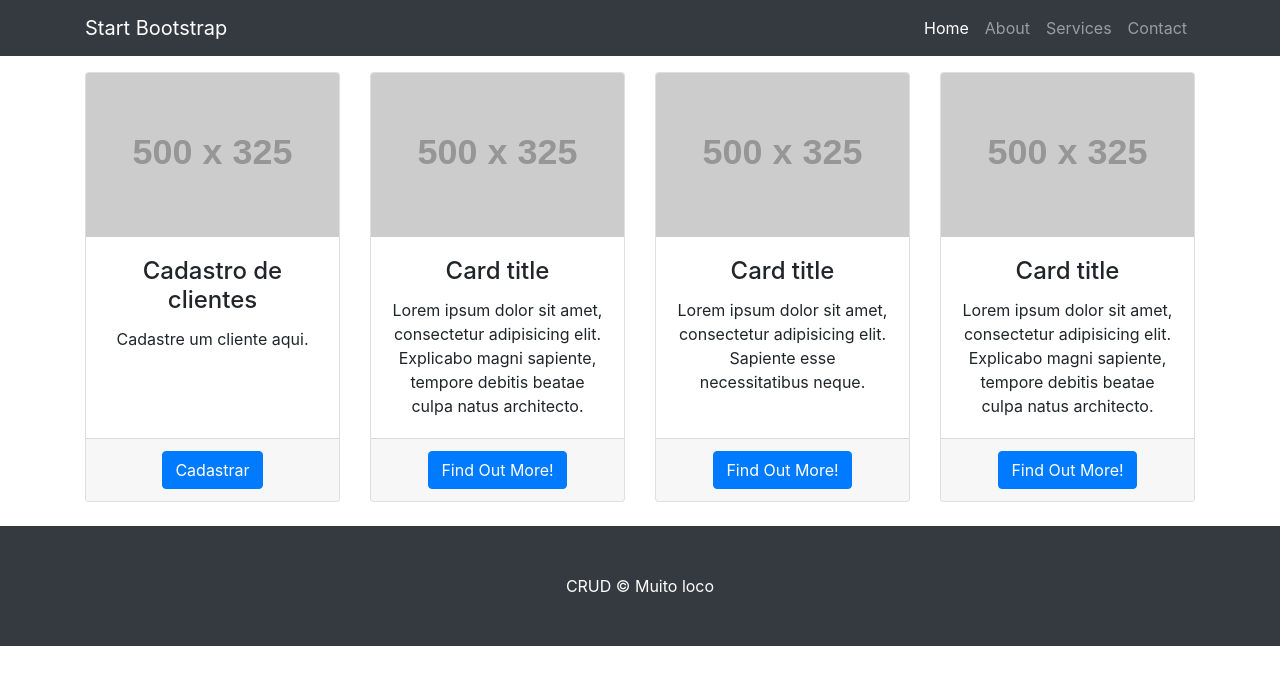
Repository: LucasMontalvao/PHPDACS2020
Page: projeto/site/index.html
The author's editor kept a record of every edit. The page is drawn from the files as they stood at one moment, then again after the next edit.
The browser window is 1280 px wide. The pictures show the whole page.

Above is the page before.

### projeto/site/index.html
<!DOCTYPE html>
<html lang="en">

<head>

  <meta charset="utf-8">
  <meta name="viewport" content="width=device-width, initial-scale=1, shrink-to-fit=no">
  <meta name="description" content="">
  <meta name="author" content="">

  <title>Heroic Features - Start Bootstrap Template</title>

  <!-- Bootstrap core CSS -->
  <link href="vendor/bootstrap/css/bootstrap.min.css" rel="stylesheet">

  <!-- Custom styles for this template -->
  <link href="css/heroic-features.css" rel="stylesheet">

</head>

<body>

  <!-- Navigation -->
  <nav class="navbar navbar-expand-lg navbar-dark bg-dark fixed-top">
    <div class="container">
      <a class="navbar-brand" href="#">Start Bootstrap</a>
      <button class="navbar-toggler" type="button" data-toggle="collapse" data-target="#navbarResponsive" aria-controls="navbarResponsive" aria-expanded="false" aria-label="Toggle navigation">
        <span class="navbar-toggler-icon"></span>
      </button>
      <div class="collapse navbar-collapse" id="navbarResponsive">
        <ul class="navbar-nav ml-auto">
          <li class="nav-item active">
            <a class="nav-link" href="#">Home
              <span class="sr-only">(current)</span>
            </a>
          </li>
          <li class="nav-item">
            <a class="nav-link" href="#">About</a>
          </li>
          <li class="nav-item">
            <a class="nav-link" href="#">Services</a>
          </li>
          <li class="nav-item">
            <a class="nav-link" href="#">Contact</a>
          </li>
        </ul>
      </div>
    </div>
  </nav>

  <!-- Page Content -->
  <div class="container">
  <p></p>
    <!-- Page Features -->
    <div class="row text-center">

      <div class="col-lg-3 col-md-6 mb-4">
        <div class="card h-100">
          <img class="card-img-top" src="http://placehold.it/500x325" alt="">
          <div class="card-body">
            <h4 class="card-title">Cadastro de clientes</h4>
            <p class="card-text">Cadastre um cliente aqui.</p>
          </div>
          <div class="card-footer">
            <a href="#" class="btn btn-primary">Cadastrar</a>
          </div>
        </div>
      </div>

      <div class="col-lg-3 col-md-6 mb-4">
        <div class="card h-100">
          <img class="card-img-top" src="http://placehold.it/500x325" alt="">
          <div class="card-body">
            <h4 class="card-title">Card title</h4>
            <p class="card-text">Lorem ipsum dolor sit amet, consectetur adipisicing elit. Explicabo magni sapiente, tempore debitis beatae culpa natus architecto.</p>
          </div>
          <div class="card-footer">
            <a href="#" class="btn btn-primary">Find Out More!</a>
          </div>
        </div>
      </div>

      <div class="col-lg-3 col-md-6 mb-4">
        <div class="card h-100">
          <img class="card-img-top" src="http://placehold.it/500x325" alt="">
          <div class="card-body">
            <h4 class="card-title">Card title</h4>
            <p class="card-text">Lorem ipsum dolor sit amet, consectetur adipisicing elit. Sapiente esse necessitatibus neque.</p>
          </div>
          <div class="card-footer">
            <a href="#" class="btn btn-primary">Find Out More!</a>
          </div>
        </div>
      </div>

      <div class="col-lg-3 col-md-6 mb-4">
        <div class="card h-100">
          <img class="card-img-top" src="http://placehold.it/500x325" alt="">
          <div class="card-body">
            <h4 class="card-title">Card title</h4>
            <p class="card-text">Lorem ipsum dolor sit amet, consectetur adipisicing elit. Explicabo magni sapiente, tempore debitis beatae culpa natus architecto.</p>
          </div>
          <div class="card-footer">
            <a href="#" class="btn btn-primary">Find Out More!</a>
          </div>
        </div>
      </div>

    </div>
    <!-- /.row -->

  </div>
  <!-- /.container -->

  <!-- Footer -->
  <footer class="py-5 bg-dark">
    <div class="container">
      <p class="m-0 text-center text-white">CRUD &copy; Muito loco</p>
    </div>
    <!-- /.container -->
  </footer>

  <!-- Bootstrap core JavaScript -->
  <script src="vendor/jquery/jquery.min.js"></script>
  <script src="vendor/bootstrap/js/bootstrap.bundle.min.js"></script>

</body>

</html>

### projeto/site/css/heroic-features.css
/*!
 * Start Bootstrap - Heroic Features (https://startbootstrap.com/template-overviews/heroic-features)
 * Copyright 2013-2019 Start Bootstrap
 * Licensed under MIT (https://github.com/BlackrockDigital/startbootstrap-heroic-features/blob/master/LICENSE)
 */
body {
  padding-top: 56px;
}
.myButton {
	box-shadow:inset 0px 1px 3px 0px #141414;
	background:linear-gradient(to bottom, #ffffff 5%, #000000 100%);
	background-color:#ffffff;
	border-radius:5px;
	border:1px solid #000000;
	display:inline-block;
	cursor:pointer;
	color:#ffffff;
	font-family:Arial;
	font-size:15px;
	font-weight:bold;
	padding:11px 23px;
	text-decoration:none;
	text-shadow:0px -1px 0px #46615d;
}
.myButton:hover {
	background:linear-gradient(to bottom, #000000 5%, #ffffff 100%);
	background-color:#000000;
	text-decoration:none;
}
.myButton:active {
	position:relative;
	top:1px;
}

Loaded but not shown: projeto/site/vendor/bootstrap/css/bootstrap.min.css (library); projeto/site/vendor/jquery/jquery.min.js (library); projeto/site/vendor/bootstrap/js/bootstrap.bundle.min.js (library)

After the next edit:
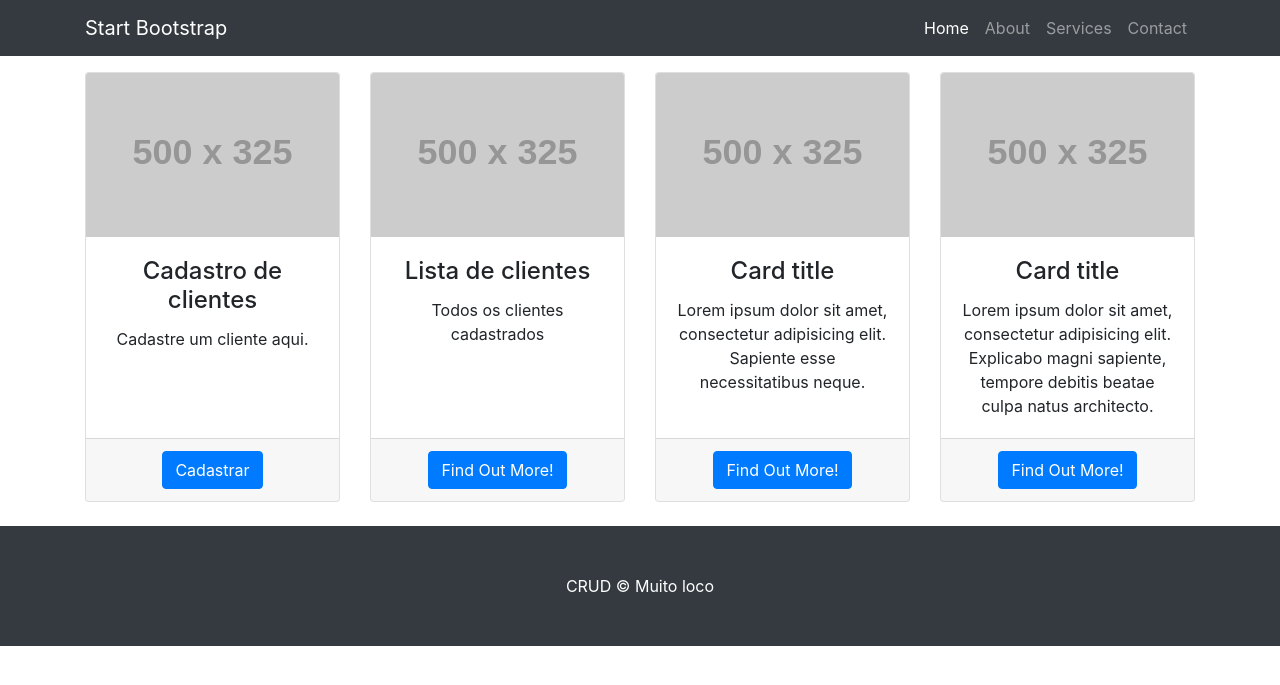
The edit:
--- a/projeto/site/index.html
+++ b/projeto/site/index.html
@@ -71,8 +71,8 @@
         <div class="card h-100">
           <img class="card-img-top" src="http://placehold.it/500x325" alt="">
           <div class="card-body">
-            <h4 class="card-title">Card title</h4>
-            <p class="card-text">Lorem ipsum dolor sit amet, consectetur adipisicing elit. Explicabo magni sapiente, tempore debitis beatae culpa natus architecto.</p>
+            <h4 class="card-title">Lista de clientes</h4>
+            <p class="card-text">Todos os clientes cadastrados</p>
           </div>
           <div class="card-footer">
             <a href="#" class="btn btn-primary">Find Out More!</a>
